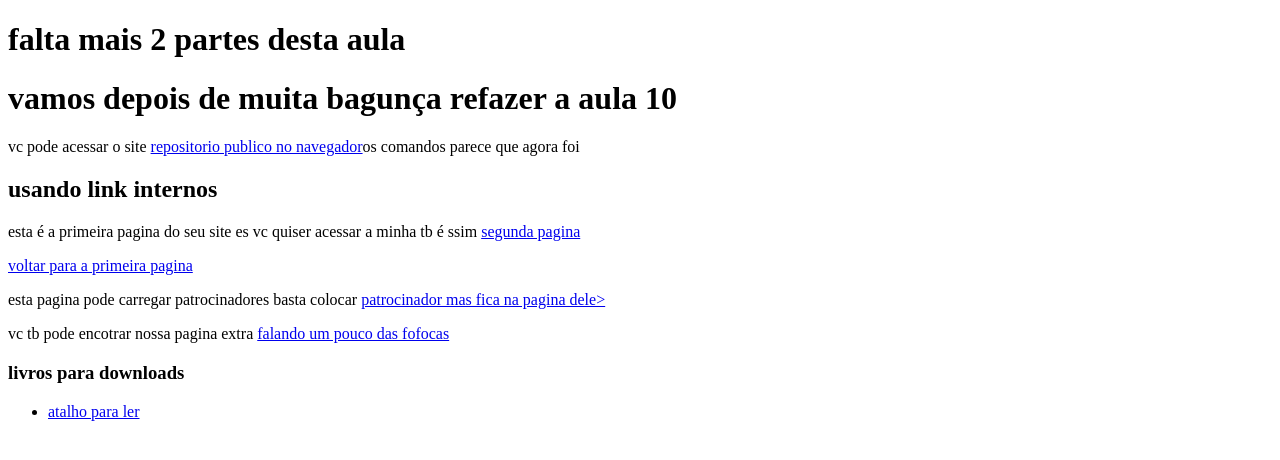
Repository: DorivalJunior14/exercicios
Page: aula10.html/pagoo2.html
The author's editor kept a copy of each file at every save. The page is drawn from the files as they stood at one save, then again after the next save.
The browser window is 1280 px wide. The pictures show the whole page.

Above is the page before, as saved 2020-12-08 11:35:59.

### aula10.html/pagoo2.html
<!DOCTYPE html>
<html lang="pt-br">
  <head>
    <meta charset="utf-8">
    <title>pag002.html</title>
  </head>
  <body>
    <h1>falta mais 2 partes desta aula</h1><!--que vai ser continuada aqui-->
  <h1>vamos depois de muita bagunça refazer a aula 10</h1>
    <p>vc pode acessar o site <a href="https://www.facebook.com/junior.muccillo" target="_blank"rel="external">repositorio publico no navegador</a>os comandos parece que agora foi</p>
    <h2>usando link internos</h2>
  <p> esta é a primeira pagina do seu site es vc quiser acessar a minha tb é ssim <a href="pagoo2.html"rel="next">segunda pagina</a> </p>
  <p><a href="index.html" rel="prev">voltar para a primeira pagina</a></p>
  <p>esta pagina pode carregar patrocinadores basta colocar
    <a href="#"target="_blank"rel="nofollow">patrocinador mas fica na pagina dele></a>
  </p><!-- o patrocinador não fica vinculado ou direto na pagina dele, vc pode desconsiderar-->
  <p>vc tb pode encotrar nossa pagina extra <a href="noticias/pag003.html">falando um pouco das fofocas </a></p>
  <h3>livros para downloads</h3>
  <ul>
    <li><a href="meulivro/empdf>">atalho para ler</a>
  </li>

</ul>
  </body>
</html>

After the next save:
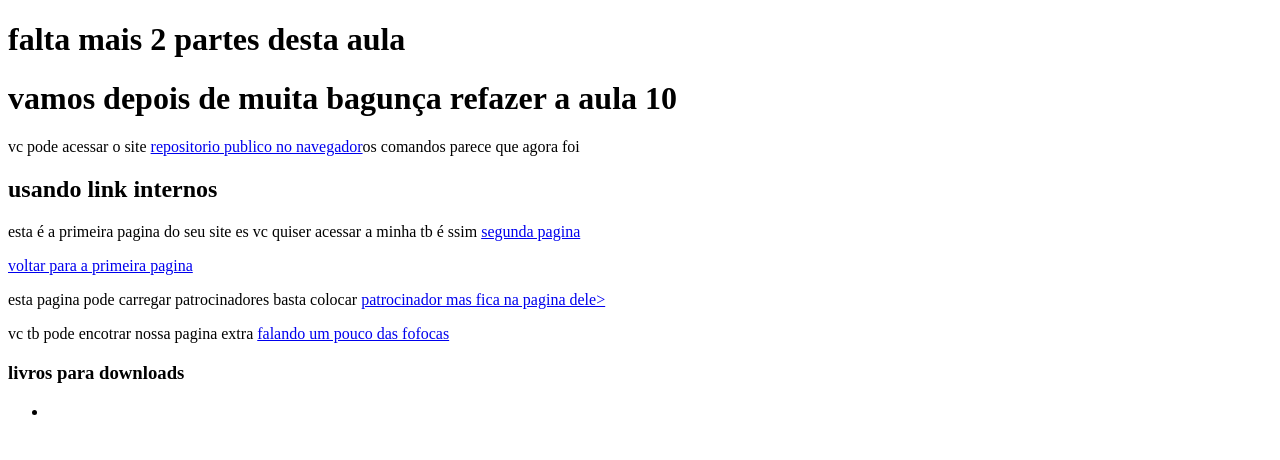
Saved 19 s later.
--- a/aula10.html/pagoo2.html
+++ b/aula10.html/pagoo2.html
@@ -17,7 +17,7 @@
   <p>vc tb pode encotrar nossa pagina extra <a href="noticias/pag003.html">falando um pouco das fofocas </a></p>
   <h3>livros para downloads</h3>
   <ul>
-    <li><a href="meulivro/empdf>">atalho para ler</a>
+    <li><a href="meulivro/empdf>"atalho para ler</a>
   </li>
 
 </ul>
